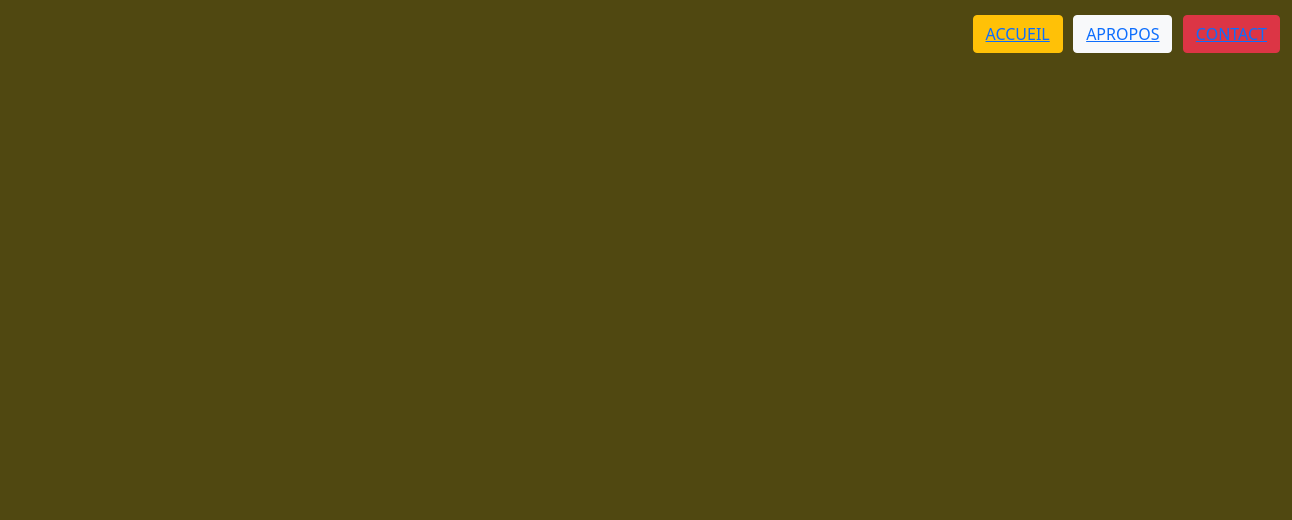
Repository: zezesylvain/cours-l3-info-2023-2024
Page: k.obite/Tp 2/Tp2/about.html
An editor plug-in stored every save of this project. The page is shown before and after the next save, followed by the edit.
The browser window is 1280 px wide. The page is 1280 px wide, then 1292 px, so the pictures cover 1292 px, including what lies to the right of the window. The pictures show the part of the page from y = 200 to 986 px (the page is 720 px tall before and 986 px after).

Above is the page before, as saved 2021-12-15 10:30:03.

### k.obite/Tp 2/Tp2/about.html
<!doctype html>
<html lang="en">
  <head>
    <!-- Required meta tags -->
    <meta charset="utf-8">
    <meta name="viewport" content="width=device-width, initial-scale=1">

    <!-- Bootstrap CSS -->
    <link href="https://cdn.jsdelivr.net/npm/bootstrap@5.1.3/dist/css/bootstrap.min.css" rel="stylesheet" integrity="sha384-1BmE4kWBq78iYhFldvKuhfTAU6auU8tT94WrHftjDbrCEXSU1oBoqyl2QvZ6jIW3" crossorigin="anonymous">
    <link rel="stylesheet" href="style.css">

    <title>Tp2, programmation, web!</title>
  </head>

  <img id="photo0" src="img10.png">


  <body>


    <p id="fichier1">

      <button type="button" class="btn btn-warning"> <a href="index.html"> ACCUEIL </a>  </button>
      <button type="button" class="btn btn-light"> <a href="about.html"> APROPOS </a> </button>
      <button type="button" class="btn btn-danger"> <a href="contact.html">  CONTACT </a></button>

  </p>










































    <!-- Optional JavaScript; choose one of the two! -->

    <!-- Option 1: Bootstrap Bundle with Popper -->
    <script src="https://cdn.jsdelivr.net/npm/bootstrap@5.1.3/dist/js/bootstrap.bundle.min.js" integrity="sha384-ka7Sk0Gln4gmtz2MlQnikT1wXgYsOg+OMhuP+IlRH9sENBO0LRn5q+8nbTov4+1p" crossorigin="anonymous"></script>

    <!-- Option 2: Separate Popper and Bootstrap JS -->
    <!--
    <script src="https://cdn.jsdelivr.net/npm/@popperjs/core@2.10.2/dist/umd/popper.min.js" integrity="sha384-7+zCNj/IqJ95wo16oMtfsKbZ9ccEh31eOz1HGyDuCQ6wgnyJNSYdrPa03rtR1zdB" crossorigin="anonymous"></script>
    <script src="https://cdn.jsdelivr.net/npm/bootstrap@5.1.3/dist/js/bootstrap.min.js" integrity="sha384-QJHtvGhmr9XOIpI6YVutG+2QOK9T+ZnN4kzFN1RtK3zEFEIsxhlmWl5/YESvpZ13" crossorigin="anonymous"></script>
    -->
  </body>
</html>

### k.obite/Tp 2/Tp2/style.css

#copy{

    color: rgb(255, 166, 00);
    text-align: center;
}

body{

    background-color:rgb(80, 72, 17)

}




#photo0{

    width: 100%;
    height: 200px;

}



#fichier1{

    font-size: 40px;
    text-align: right;
    color: aliceblue

}

div{


    border: 2px;
    text-align: left;
    font-size: 20px;
    color: black;

}

#vide{

    height: 5rem;
    background-color: rgba(0, 0, 0, 0.1);
    border: solid rgba(0, 0, 0, 0.15);
    border-width: 1px 0;
    box-shadow: inset 0 .5em 1.5em rgba(0, 0, 0, .1), inset 0 .125em .5em rgba(0, 0, 0, .15);
}

#deco{

    text-align: center;
}

#fichier11{

    text-align: center;
}

#deco2{

    color:aliceblue;
    font-family: 'Courier New', Courier, monospace;
    text-align: right;
}

#merci{
    font-size: 70px;
}

#msg{



}

After the next save:
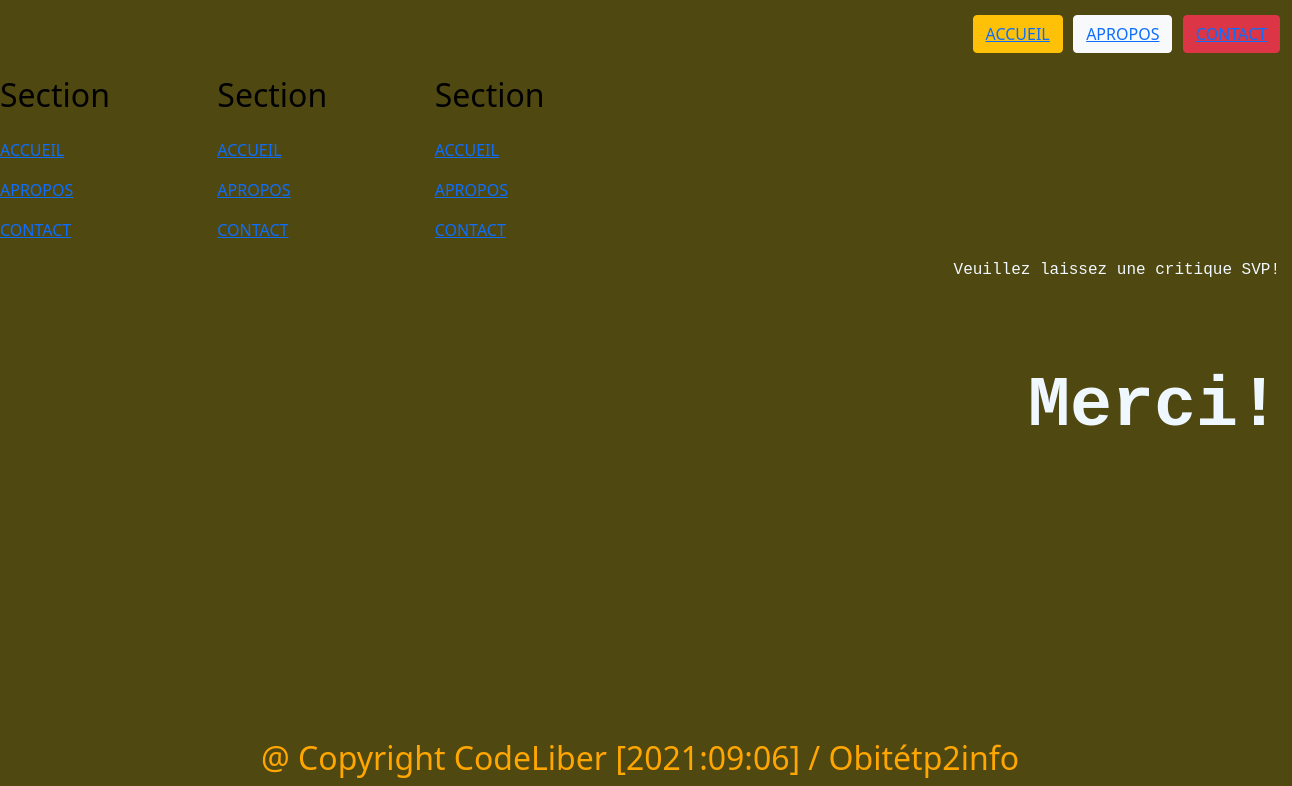
Saved 106 s later.
--- a/k.obite/Tp 2/Tp2/about.html
+++ b/k.obite/Tp 2/Tp2/about.html
@@ -67,6 +67,83 @@
 
 
 
+
+
+
+
+
+
+
+
+
+
+         <p  class="col-md-6" id="fichier111">
+
+           <div class="row">
+          <h2 class="col-md-2"> Section </h2>
+          <h2 class="col-md-2"> Section </h2>
+          <h2 class="col-md-2"> Section </h2>
+
+        </div>
+        </p>
+
+         <p class="row">
+
+          <a class="col-md-2" href="index.html"> ACCUEIL  </a>
+         <a  class="col-md-2" href="Index.html"> ACCUEIL </a>
+         <a class="col-md-2" href="Index.html"> ACCUEIL </a>
+         </p>
+
+         <p class="row">
+
+         <a class="col-md-2" href="about.html">  APROPOS  </a>
+         <a class="col-md-2" href="Index.html"> APROPOS </a>
+         <a class="col-md-2" href="Index.html"> APROPOS </a>
+         </p>
+
+         <p class="row">
+
+         <a class="col-md-2" href="contact.html"> CONTACT  </a>
+         <a class="col-md-2" href="Index.html"> CONTACT </a>
+         <a class="col-md-2" href="Index.html"> CONTACT </a>
+         </p>
+
+         <p id="deco2" class="col-md-12"> Veuillez laissez une critique SVP!
+           <br>
+           <br>
+           <br>
+           <br>
+
+          <b id="merci"> Merci!</b>
+
+        </p>
+
+         </p>
+
+
+     <br>
+     <br>
+     <br>
+
+
+        </div>
+
+        </div>
+
+        <br>
+        <br>
+        <br>
+        <br>
+        <br>
+        <br>
+        <br>
+        <br>
+
+
+        <footer>
+          <h2 id="copy"> @ Copyright CodeLiber [2021:09:06] / Obitétp2info </h2>
+       </footer>
+
     <!-- Optional JavaScript; choose one of the two! -->
 
     <!-- Option 1: Bootstrap Bundle with Popper -->
